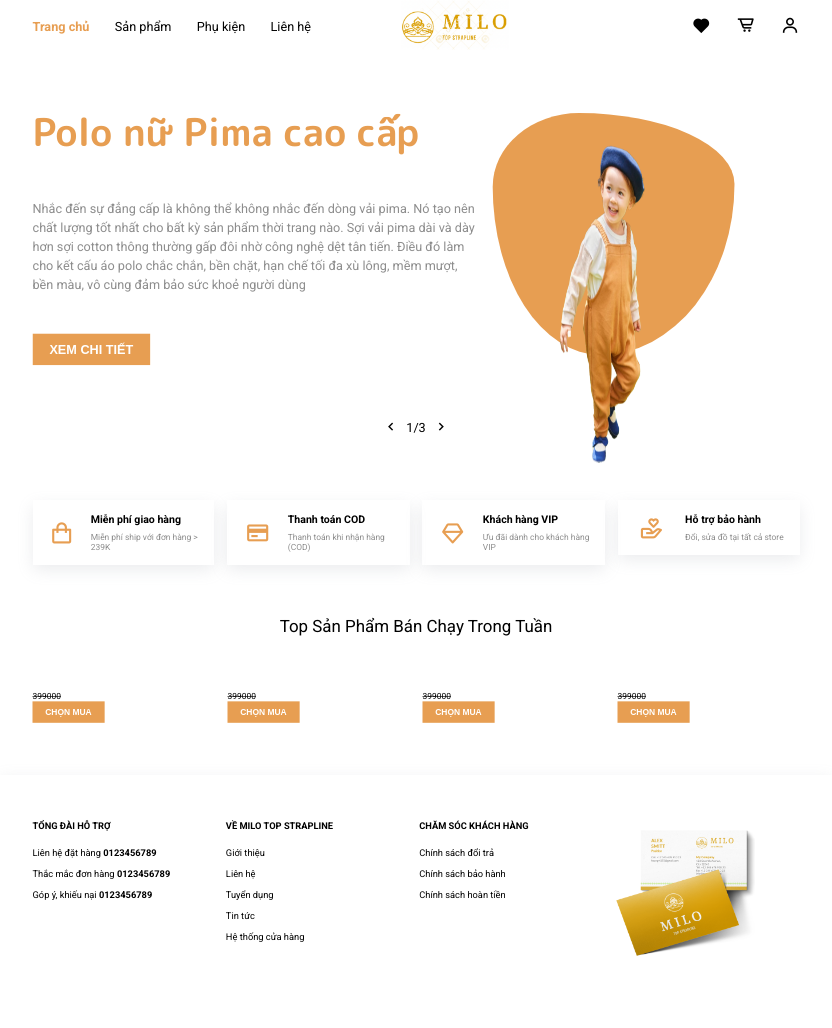
Repository: QuyHoang99k/shop
Page: /
The author's editor kept a copy of each file at every save. The page is drawn from the files as they stood at one save, then again after the next save.
The browser window is 1280 px wide. The pictures show the whole page, at 65% of full size.
The project was rebuilt for these pictures with package versions that can differ from the ones it lists, and the page was loaded fresh each time. Also part of the build but not shown: src/pages/Catalog.jsx, src/pages/Cart.jsx, src/pages/Product.jsx.

Above is the page before, as saved 2021-10-19 10:52:59.

### src/sass/index.scss
@import "./_variables.scss";
@import "./mixins";
@import "./_base.scss";

@import "./components/header";
@import "./components/footer";
@import "./components/hero-slider";
@import "./components/button";
@import "./components/section";
@import "./components/policy-card";

### src/components/Layout.jsx
import React from 'react'

import { BrowserRouter, Route } from 'react-router-dom'

import Header from './Header'
import Footer from './Footer'

import Routes from '../routes/Routes'

const Layout = () => {
    return (
        <BrowserRouter>
            <Route render={props => (
                <div>
                    <Header {...props}/>
                    <div className="container">
                        <div className="main">
                            <Routes/>
                        </div>
                    </div>
                    <Footer/>
                </div>
            )}/>
        </BrowserRouter>
    )
}

export default Layout

### src/sass/_variables.scss
$main-bg: #fff;
$main-color: #E79E52;

$txt-main-color: #000;
$txt-second-color:#8d8d8d;
$txt-white:#fff;

$btn-main-bg: $main-color;
$btn-main-color:#fff;

$header-height:80px;
$header-tablet-height:70px;
$header-mobile-height:40px;
$header-shrink-height:70px;

$box-shadow: rgba(149,157,165,0.2) 0px 8px 24px;

$colors:(
  "blue":#E79E52,
  "orange":#E0D3E9,
  "pink":#C19D71,
  "white":#fff,
  "black":#000,
  "main":$main-color

);
$mobile-width: 600px;
$tablet-width:1024px;

$numbers: (0,1,2,3,4,5,6,7,8);

### src/sass/_mixins.scss
@mixin flex ($align-item, $justify-content) {
    display: flex;
    align-items: $align-item;
    justify-content: $justify-content;
}
@mixin mobile {
    @media only screen and (max-width: $mobile-width){
        @content;
    }
}
@mixin tablet {
    @media only screen and (max-width: $tablet-width){
        @content;
    }
}

### src/sass/_base.scss
@import url("https://fonts.googleapis.com/css2?family=M+PLUS+Rounded+1c:wght@100;300;400;500;700;800;900&family=Roboto:ital,wght@0,100;0,300;0,400;0,500;0,700;0,900;1,100;1,300;1,400;1,500;1,700;1,900&display=swap");

@import url("https://fonts.googleapis.com/css2?family=M+PLUS+Rounded+1c:wght@100;300;400;500;700;800;900&family=Roboto:ital,wght@0,100;0,300;0,400;0,500;0,700;0,900;1,100;1,300;1,400;1,500;1,700;1,900&display=swap");

* {
    padding: 0;
    margin: 0;
    box-sizing: border-box;
    -webkit-tap-highlight-color: transparent;
    user-select: none;
}

html {
    font-size: 13px;
}

body {
    font-family: "Roboto", sans-serif;
}

ul {
    list-style-type: none;
}

a {
    text-decoration: none;
    color: unset;
}

a:hover {
    color: $main-color;
}

img {
    max-width: 100%;
}

@each $color, $val in $colors {
    .color-#{$color} {
        color: $val;
    }

    .bg-#{$color} {
        background-color: $val;
    }
}

@each $val in $numbers {
    .grid-col-#{$val} {
        grid-template-columns: repeat($val, 1fr);
    }
}

@each $val in $numbers {
    .grid-col-md-#{$val} {
        @include tablet {
            grid-template-columns: repeat($val, 1fr);
        }
    }
}

@each $val in $numbers {
    .grid-col-sm-#{$val} {
        @include mobile {
            grid-template-columns: repeat($val, 1fr);
        }
    }
}

.container {
    width: 100%;
    max-width: 1620px;
    padding: 0 50px;
    margin: auto;

    @include tablet {
        padding: 0 20px;
    }

    @include mobile {
        padding: 0 10px;
    }
}

.main {
    margin-top: $header-height;
    margin-bottom: 2rem;
    min-height: 100vh;

    @include tablet {
        margin-top: calc(#{$header-tablet-height} + 20px);
    }

    @include mobile {
        margin-top: calc(#{$header-mobile-height} + 10px);
    }
}

.grid {
    display: grid;
}

### src/sass/components/_header.scss
.header {
    background-color: $main-bg;
    position: fixed;
    top: 0;
    left: 0;
    width: 100%;
    z-index: 100;
    height: $header-height;
    transition: height 0.3s ease;

    @include tablet {
        height: $header-tablet-height;
        box-shadow: $box-shadow;
    }

    @include mobile {
        height: $header-mobile-height;
    }

    .container {
        height: 100%;
    }

    &.shrink {
        height: $header-shrink-height;
        box-shadow: $box-shadow;
        z-index: 100;

        @include mobile {
            height: $header-mobile-height;
        }
    }

    &__logo {
        @include flex(center, center);
        position: absolute;
        inset: 0;
        pointer-events: none;

        img {
            height: 75px;
            margin-left: 120px;
            @include tablet {
                height: 50px;
            }
            @include mobile {
                height: 38px;
                margin-left: 0px;
            }
        }
    }

    &__menu {
        @include flex(center, space-between);
        height: 100%;
        font-size: 1.5rem;

        &__item ~ &__item {
            margin-left: 39px;

            @include tablet {
                margin-left: 20px;
            }

            @include mobile {
                margin-left: 10px;
            }
        }

        &__item.active {
            font-weight: 600;
            color: $main-color;
        }

        &__item:hover {
            color: $main-color;
        }

        &__left,
        &__right {
            @include flex(center, center);
            height: 100%;
        }

        &__right {
            font-size: 2.25rem;

            &__item {
                @include flex(center, center);

                @include tablet {
                    margin-left: 10px;
                }
            }

            @include mobile {
                font-size: 1.5rem;
            }
        }

        &__left {
            &__close {
                display: none;
            }

            @include tablet {
                flex-direction: column;
                background-color: $main-bg;
                position: absolute;
                left: 0;
                top: 0;
                width: 100%;
                height: 100vh;
                justify-content: flex-start;
                padding-top: 30px;
                transform: translateX(-100%);
                transition: transform 0.5s ease;

                &.active {
                    transform: translateX(0);
                }

                &__item ~ &__item {
                    margin-left: unset;
                    margin-top: 20px;
                }

                &__close {
                    display: block;
                    position: absolute;
                    left: 20px;
                    font-size: 2.5rem;
                }
            }
        }

        &__mobile-toggle {
            display: none;

            @include tablet {
                display: block;
                font-size: 2.5rem;
            }
        }
    }
}

### src/sass/components/_footer.scss
.footer{
    padding: 70px 0;
    box-shadow: $box-shadow;
    font-size: 1.1rem;
    &__logo{
        height: 220px;
        width: 220px;
    }

    &__about{
        p{
            margin-bottom: 2rem;
        }
    }
    &__title{
        text-transform: uppercase;
        margin-bottom: 2rem;
        font-weight: 600;
    }
    &__content {
        p {
            margin-bottom: 1.25rem;
        }
    }
}

### src/sass/components/_button.scss
.btn {
    border: 0;
    outline: 0;
    color: $btn-main-color;
    font-size: 1.5rem;
    font-weight: 600;
    text-transform: uppercase;
    cursor: pointer;
    overflow: hidden;
    position: relative;

    @include mobile {
        font-size: 1rem;
    }

    &__txt,
    &__icon {
        display: block;
        transition: transform 0.5s ease;
    }

    &__txt {
        padding: 1rem 2rem;
    }

    &__icon {
        @include flex(center, center);
        font-size: 2rem;
        position: absolute;
        left: 0;
        top: 0;
        height: 100%;
        width: 100%;
        transform: translateX(-100%);
    }

    &-animate:hover &__txt {
        transform: translateX(100%);
    }

    &-animate:hover &__icon {
        transform: translateX(0);
    }

    &-sm {
        font-size: 1rem;
    }

    &-sm &__txt {
        padding: 0.7rem 1.5rem;
    }
}

### src/sass/components/_policy-card.scss
.policy-card{
    @include flex(center,flex-start);
    padding: 20px;
    padding-left: 0;
    box-shadow: $box-shadow;
    transition:  transform 0.5s ease;

    &:hover{
        transform: translateY(-20px);
    }
    &__icon{
        @include flex(center,center);
        width: 40%;
        color: $main-color;
        i{
            font-size: 3rem;
        }
    }
    &__info{
        &__name{
            font-size: 1.25rem;
            font-weight: 600;
            margin-bottom: 10px;
        }
        &__description{
            font-size: 1rem;
            color: $txt-second-color;
        }

    }
}

### src/components/Header.jsx
import React, { useRef, useEffect } from 'react'
import { Link, useLocation } from 'react-router-dom'

import logo from '../assets/images/Logo-2.png'

const mainNav = [
    {
        display: "Trang chủ",
        path: "/"
    },
    {
        display: "Sản phẩm",
        path: "/catalog"
    },
    {
        display: "Phụ kiện",
        path: "/accessories"
    },
    {
        display: "Liên hệ",
        path: "/contact"
    }
]

const Header = () => {

    const { pathname } = useLocation()
    const activeNav = mainNav.findIndex(e => e.path === pathname)

    const headerRef = useRef(null)

    useEffect(() => {
        window.addEventListener("scroll", () => {
            if (document.body.scrollTop > 80 || document.documentElement.scrollTop > 80) {
                headerRef.current.classList.add('shrink')
            } else {
                headerRef.current.classList.remove('shrink')
            }
        })
        return () => {
            window.removeEventListener("scroll")
        };
    }, []);

    const menuLeft = useRef(null)

    const menuToggle = () => menuLeft.current.classList.toggle('active')

    return (
        <div className="header" ref={headerRef}>
            <div className="container">
                <div className="header__logo">
                    <Link to="/">
                        <img src={logo} alt="" />
                    </Link>
                </div>
                <div className="header__menu">
                    <div className="header__menu__mobile-toggle" onClick={menuToggle}>
                        <i className='bx bx-menu-alt-left'></i>
                    </div>
                    <div className="header__menu__left" ref={menuLeft}>
                        <div className="header__menu__left__close" onClick={menuToggle}>
                            <i className='bx bx-chevron-left'></i>
                        </div>
                        {
                            mainNav.map((item, index) => (
                                <div
                                    key={index}
                                    className={`header__menu__item header__menu__left__item ${index === activeNav ? 'active' : ''}`}
                                    onClick={menuToggle}
                                >
                                    <Link to={item.path}>
                                        <span>{item.display}</span>
                                    </Link>
                                </div>
                            ))
                        }
                    </div>
                    <div className="header__menu__right">
                        <div className="header__menu__item header__menu__right__item">
                        <i className='bx bxs-heart'></i>
                        </div>
                        <div className="header__menu__item header__menu__right__item">
                            <Link to="/cart">
                            <i class='bx bx-cart-alt'></i>
                            </Link>
                        </div>
                        <div className="header__menu__item header__menu__right__item">
                            <i className="bx bx-user"></i>
                        </div>
                    </div>
                </div>
            </div>
        </div>
    )
}

export default Header

### src/routes/Routes.jsx
/* eslint-disable no-unused-vars */
import React from 'react'
import { Route,Switch } from 'react-router'

import Home from '../pages/Home'
import Catalog from '../pages/Catalog'
import Cart from '../pages/Cart'
import Product from '../pages/Product'



const Routes = () => {
  return (
    <Switch>
      <Route path='/' exact component ={Home}/>
      <Route path='/catalog/:slug' exact component ={Product}/>
      <Route path='/catalog' exact component ={Catalog}/>
      <Route path='/cart' exact component ={Cart}/>
    </Switch>
  )
}

export default Routes

### src/components/Grid.jsx
import React from 'react'
import PropTypes from 'prop-types'

const Grid = props => {

    const style = {
        gap: props.gap ? `${props.gap}px` : '0'
    }

    const col = props.col ? `grid-col-${props.col}` : ''
    const mdCol = props.mdCol ? `grid-col-md-${props.mdCol}` : ''
    const smCol = props.smCol ? `grid-col-sm-${props.smCol}` : ''

    return (
        <div className={`grid ${col} ${mdCol} ${smCol}`} style={style}>
            {props.children}
        </div>
    )
}


Grid.propTypes = {
    col: PropTypes.number.isRequired,
    mdCol: PropTypes.number,
    smCol: PropTypes.number,
    gap: PropTypes.number
}

export default Grid

### src/pages/Home.jsx
import React from 'react'
import { Link } from 'react-router-dom'

import Helmet from '../components/Helmet'
import HeroSlider from '../components/HeroSlider'
import heroSliderData from '../assets/fake-data/hero-slider'
import Section, { SectionBody, SectionTitle } from '../components/Section'
import PolicyCard from '../components/PolicyCard'
import Gird from '../components/Grid'
import ProductCard from '../components/ProductCard'

import policy from '../assets/fake-data/policy'
import productData from '../assets/fake-data/products'

const Home = () => {
  return (
    <Helmet title="Trang chủ">
      {/* slider */}
      <HeroSlider data={heroSliderData}
        control={true}
        // auto={true}
        timeOut={5000}
      />

      {/* end slider */}
      {/* policy section */}
      <Section>
        <SectionBody>
          <Gird
            col={4}
            mdCol={2}
            smCol={1}
            gap={20}
          >
            {
              policy.map((item, index) => <Link to="/policy">
                <PolicyCard
                  key={index}
                  name={item.name}
                  description={item.description}
                  icon={item.icon}
                />
              </Link>)
            }
          </Gird>
        </SectionBody>
      </Section>
      {/* end policy section */}
      {/* best selling section */}
      <Section>
        <SectionTitle>
          Top sản phẩm bán chạy trong tuần
        </SectionTitle>
        <SectionBody>
          <Gird
            col={4}
            mdCol={2}
            smCol={1}
            gap={20}
          >
            {
              productData.getProducts(4).map((item,index)=>(
                <ProductCard
                  key={index}
                />
              ))
            }
          </Gird>
        </SectionBody>
      </Section>
      {/* end best selling section */}
    </Helmet>
  )
}

export default Home

### src/components/Helmet.jsx
import React from 'react'
import PropTypes from 'prop-types'

const Helmet = props => {

    document.title = 'Milo - ' + props.title
    return (
        <div>
            {props.children}
        </div>
    )
}

Helmet.propTypes = {
    title:PropTypes.string.isRequired
}

export default Helmet

### src/components/HeroSlider.jsx
import React, { useEffect, useState, useCallback } from 'react'
import PropTypes from 'prop-types'
import { Link } from 'react-router-dom'

import Button from './Button'

const HeroSlider = props => {

    const data = props.data

    const timeOut = props.timeOut ? props.timeOut : 3000

    const [activeSlide, setActiveSlide] = useState(0);

    const nextSlide = useCallback(
        () => {
            const index = activeSlide + 1 === data.length ? 0 : activeSlide + 1
            setActiveSlide(index)
        },
        [activeSlide, data],
    )

    const prevSlide = () => {
        const index = activeSlide - 1 < 0 ? data.length - 1 : activeSlide - 1
        setActiveSlide(index)
    }

    useEffect(() => {
        if (props.auto) {
            const slideAuto = setInterval(() => {
                nextSlide()
            }, timeOut);
            return () => {
                clearInterval(slideAuto)
            }
        }
    }, [nextSlide, timeOut, props])

    return (
        <div className="hero-slider">
            {
                data.map((item, index) => (
                    <HeroSliderItem key={index} item={item} active={index === activeSlide}/>
                ))
            }
            {
                props.control ? (
                    <div className="hero-slider__control">
                        <div className="hero-slider__control__item" onClick={prevSlide}>
                            <i className="bx bx-chevron-left"></i>
                        </div>
                        <div className="hero-slider__control__item">
                            <div className="index">
                                {activeSlide + 1}/{data.length}
                            </div>
                        </div>
                        <div className="hero-slider__control__item" onClick={nextSlide}>
                            <i className="bx bx-chevron-right"></i>
                        </div>
                    </div>
                ) : null
            }
        </div>
    )
}

HeroSlider.propTypes = {
    data: PropTypes.array.isRequired,
    control: PropTypes.bool,
    auto: PropTypes.bool,
    timeOut: PropTypes.number
}

const HeroSliderItem = props => (
    <div className={`hero-slider__item ${props.active ? 'active' : ''}`}>
        <div className="hero-slider__item__info">
            <div className={`hero-slider__item__info__title color-${props.item.color}`}>
                <span>{props.item.title}</span>
            </div>
            <div className="hero-slider__item__info__description">
                <span>{props.item.description}</span>
            </div>
            <div className="hero-slider__item__info__btn">
                <Link to={props.item.path}>
                    <Button
                        backgroundColor={props.item.color}
                        icon="bx bx-cart"
                        animate={true}
                    >
                        xem chi tiết
                    </Button>
                </Link>
            </div>
        </div>
        <div className="hero-slider__item__image">
            <div className={`shape bg-${props.item.color}`}></div>
            <img src={props.item.img} alt="" />
        </div>
    </div>
)

export default HeroSlider

### src/components/PolicyCard.jsx
import React from 'react'
import PropTypes from 'prop-types'

const PolicyCard = props => {
    return (
        <div className="policy-card">
            <div className="policy-card__icon">
                <i className={props.icon}></i>
            </div>
            <div className="policy-card__info">
                <div className="policy-card__info__name">
                    {props.name}
                </div>
                <div className="policy-card__info__description">
                    {props.description}
                </div>
            </div>
        </div>
    )
}

PolicyCard.propTypes = {
    name: PropTypes.string.isRequired,
    description:PropTypes.string.isRequired,
    icon:PropTypes.string.isRequired
}

export default PolicyCard

### src/components/ProductCard.jsx
import React from 'react'
import PropTypes from 'prop-types'

import { Link } from 'react-router-dom'
import Button from './Button'

const ProductCard = props => {
    return (
        <div className="product-card">
            <Link>
                <div className="product-card__image">
                    <img src={props.img01} alt=""  />
                    <img src={props.img02} alt=""  />
                </div>
                <h3 className="product-card__name" >{props.name}</h3>
                <div className="product-card__price">
                    {props.price}
                    <span className="product-card__price__old">
                        <del>399000</del>
                    </span>
                </div>
            </Link>
            <div className="product-card__btn">
                <Button
                    size="sm"
                    icon="bx bx-cart"
                    animate={true}
                >
                    Chọn mua
                </Button>
            </div>
        </div>
    )
}

ProductCard.propTypes = {
    img01:PropTypes.string.isRequired,
    img02:PropTypes.string.isRequired,
    name:PropTypes.string.isRequired,
    price:PropTypes.number.isRequired,
    slug:PropTypes.string.isRequired,
}

export default ProductCard

### src/components/Button.jsx
import React from 'react'
import PropTypes from 'prop-types'

const Button = props => {

    const bg = props.backgroundColor ? 'bg-' + props.backgroundColor : 'bg-main'

    const size = props.size ? 'btn-' + props.size : ''

    const animate = props.animate ? 'btn-animate' : ''

    return (
        <button
            className={`btn ${bg} ${size} ${animate}`}
            onClick={props.onClick ? () => props.onClick() : null}
        >
            <span className="btn__txt">{props.children}</span>
            {
                props.icon ? (
                    <span className="btn__icon">
                        <i className={`${props.icon} bx-tada`}></i>
                    </span>
                ) : null
            }
        </button>
    )
}

Button.propTypes = {
    backgroundColor: PropTypes.string,
    size: PropTypes.string,
    icon: PropTypes.string,
    animate: PropTypes.bool,
    onclick: PropTypes.func
}

export default Button

Loaded but not shown: public/index.html (common file); src/reportWebVitals.js (common file); src/assets/boxicons-2.0.7/css/boxicons.min.css (library); src/sass/components/_section.scss (common file); src/components/Section.jsx (common file); src/assets/fake-data/policy.js (common file); src/assets/fake-data/products.js (236 lines, source omitted); src/assets/fake-data/hero-slider.js (29 lines, source omitted); src/index.js (22 lines, source omitted); src/sass/components/_hero-slider.scss (210 lines, source omitted); src/components/Footer.jsx (118 lines, source omitted)

After the next save:
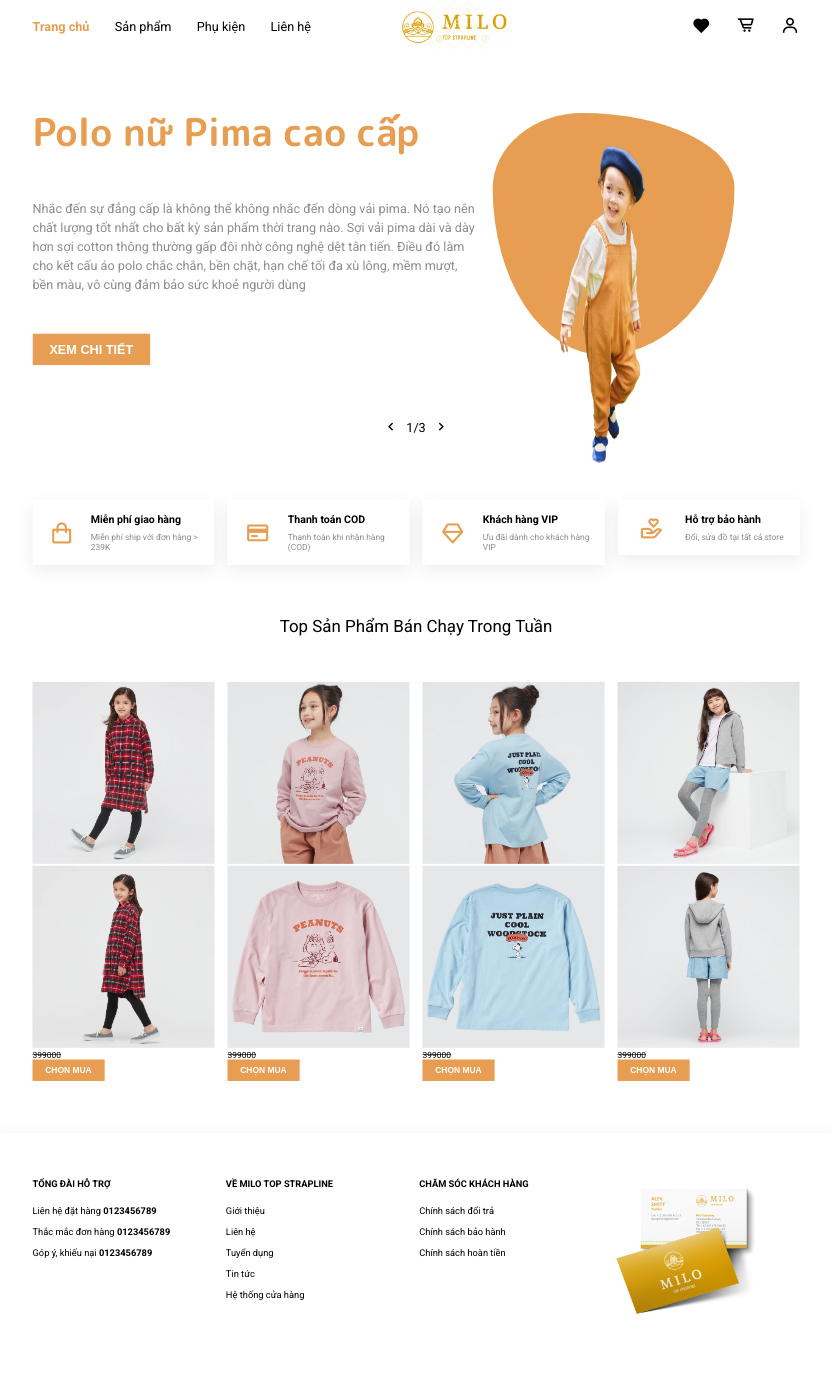
Saved 31 s later.
--- a/src/pages/Home.jsx
+++ b/src/pages/Home.jsx
@@ -62,6 +62,10 @@
               productData.getProducts(4).map((item,index)=>(
                 <ProductCard
                   key={index}
+                  img01={item.image01}
+                  img02={item.image02}
+                  name={item.name}
+
                 />
               ))
             }
